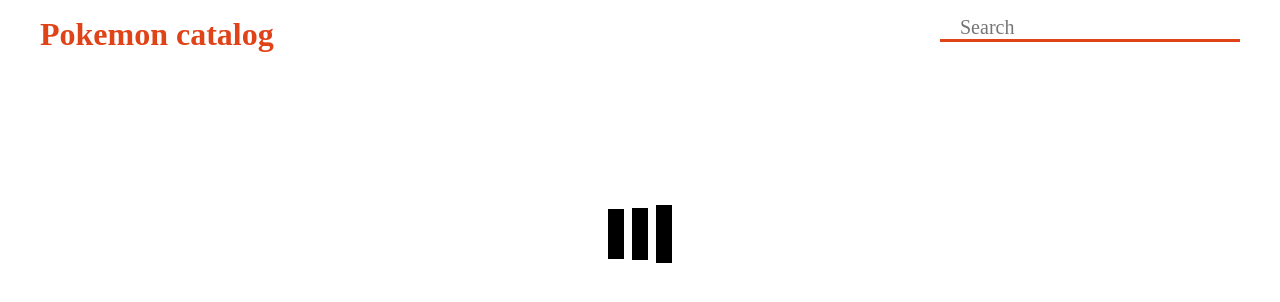
Repository: Ryszard-Penkala/pokemon-API
Page: index.html
An editor plug-in stored every save of this project. The page is shown before and after the next save, followed by the edit.
The browser window is 1280 px wide. The pictures show the whole page.
The page's requests for data from a server got no answer.

Above is the page before, as saved 2020-06-29 06:29:53.

### index.html
<!DOCTYPE html>
<html lang="en">
<head>
    <meta charset="UTF-8">
    <meta name="viewport" content="width=device-width, initial-scale=1.0">
    <link href="https://fonts.googleapis.com/css2?family=Lato:wght@400;700&amp;display=swap" rel="stylesheet">
    <link rel="stylesheet" href="assets/styles/styles.css">
    <title>Pokemon API</title>
</head>
<body>
    <main class="pokemon-app">
        <header class="header-main pokemon-app__header">
            <div class="header-main__catalog">
                <h1 class="header-main__heading">Pokemon catalog</h1>
            </div>
            <div class="header-main__search-bar">
                <input class="header-main__searching header-main__searching--active" type="text" name="search" id="search" placeholder="Search" autocomplete="off">
                <label for="search" class="header-main__search-label">Search</label>
            </div>
        </header>
        <section class="section-main pokemon-app__section" data-content>
            <p class="section-main__info hidden" data-info>There are no results</p>

        </section>
        <footer class="footer-main pokemon-app__footer">
            <div class="footer-main__load-bar">
                <button class="footer-main__load-button" data-load-button>Load more</button>
                <div class="footer-main__loader hidden" data-loader><div></div><div></div><div></div></div>
            </div>

        </footer>
    </main>


    <script src="assets/js/script.js"></script>
    <script>
        const Catalog = new pokemonAPICatalog();
        Catalog.init();
    </script>
</body>
</html>

### assets/styles/styles.css
:root{
  --primary-color: #e14318;
  --primary-color-light: #fdce10;
  --secondary-color: #ee8328;
  --secondary-color-light: #eedd7a;
  --tertiary-color: #207394;
}

*, *::before, *::after{
    margin: 0;
    padding: 0;
    box-sizing: border-box;
}
.body{
    display: flex;
    font-family: "Lato", sans-serif;
}

.pokemon-app{
    max-width: 1200px;
    margin: 0 auto;
}

.pokemon-app__section{
  padding-top: 20px;
}

.header-main{
    display: flex;
    justify-content: space-between;
    padding: 1rem 0;
}

.header-main__catalog{
    display: inline-block;
    color: var(--primary-color);
}

.header-main__search-bar{
    display: flex;
    flex-direction: column;
}

.header-main__searching{
  border: none;
  width: 300px;
  font-size: 20px;
  border-bottom: 3px solid var(--primary-color);
  font-family: inherit;

}

.header-main__searching::placeholder{
  color: var(--primary-color-light));
  padding-left: 20px;
}

.header-main__searching:focus{
  outline: none;
  border-bottom: 3px solid var(--primary-color-light);
}

.header-main__search-label{
  padding-left: 20px;
  margin-top: 5px;
  font-size: 20px;
  width: 300px;
  transition: opacity 0.5s, visibility 0.5s, transform 0.5s;
  color: var(--tertiary-color);
}

.header-main__searching:placeholder-shown + .header-main__search-label{
  opacity: 0;
  visibility: hidden;
  transform: translateY(-40px);
}

.section-main{
    display: grid;
    grid-gap: 25px;
    grid-template-columns: repeat(auto-fit, minmax(250px, 1fr));
}

.section-main__info{
  margin: auto;
  font-size: 26px;
  color: var(--secondary-color);
}
.section-main__card{
    width: 250px;
    margin: 0 auto;
}
.card__header{
    display: flex;
    justify-content: space-between;
    line-height: 24px;
}

.card__name{
    font-size: 24px;
}

.card__image{
    width: 250px;
}

.card--bold{
    font-weight: 700;
}

.footer-main__load-button{
  display: block;
  margin: 5rem auto;
  height: 5rem;
  width: 20rem;
  font-size: 24px;
  border: 5px solid var(--primary-color);
  background-color: var(--secondary-color-light);
  cursor: pointer;
  color: var(--tertiary-color)
}

.footer-main__load-button:hover{
  color: var(--secondary-color-light);
  background-color: var(--primary-color);
  border: 5px solid var(--primary-color);
}

.footer-main__loader {
    display: block;
    position: relative;
    width: 80px;
    height: 5rem;
    margin: 5rem auto;
  }
  .footer-main__loader div {
    display: inline-block;
    position: absolute;
    left: 8px;
    width: 16px;
    background: #000;
    animation: footer-main__loader 1.2s cubic-bezier(0, 0.5, 0.5, 1) infinite;
  }
  .footer-main__loader div:nth-child(1) {
    left: 8px;
    animation-delay: -0.24s;
  }
  .footer-main__loader div:nth-child(2) {
    left: 32px;
    animation-delay: -0.12s;
  }
  .footer-main__loader div:nth-child(3) {
    left: 56px;
    animation-delay: 0;
  }
  @keyframes footer-main__loader {
    0% {
      top: 8px;
      height: 5rem;
    }
    50%, 100% {
      top: 24px;
      height: 3rem;
    }
  }

.hidden{
    display: none;
    background-color: green;
  }

### assets/js/script.js
class pokemonAPICatalog {
    constructor() {
        this.catalog = null;
        this.cards = [];
        this.newCards = [];
        this.page = 1;

        this.content = null;
        this.loadButton = null;
        this.loader = null;
        this.search = null;
        this.card = null;
        this.info = null;

        this.API = "https://api.pokemontcg.io";
        this.API_VERSION= "v1";
        this.API_RESOURCE = "cards?pageSize=4&page=2";
        this.API_PAGE_SIZE = "pageSize=4"
        this.API_PAGE = "page="

        this.API_ENDPOINT = `${this.API}/${this.API_VERSION}/${this.API_RESOURCE}?${this.API_PAGE_SIZE}&${this.API_PAGE}${this.page}`;

        this.UiSelectors = {
            content : `[data-content]`,
            loadButton : `[data-load-button]`,
            loader : `[data-loader]`,
            search : `search`,
            card : `[data-card]`,
            info : `[data-info]`,
        }
    }
    init(){
        this.catalog = document.querySelector(this.UiSelectors.content);
        this.loadButton = document.querySelector(this.UiSelectors.loadButton);
        this.loader = document.querySelector(this.UiSelectors.loader);
        this.search = document.getElementById(this.UiSelectors.search);
        this.info = document.querySelector(this.UiSelectors.info);
        this.pullCards(this.API_ENDPOINT);
        this.loadButton.addEventListener("click",()=>{
            this.updateAPI_ENDPOINT();
            this.pullCards(this.API_ENDPOINT);
        });
        this.search.addEventListener("keyup", () => this.searchCards());
    }

    updateAPI_ENDPOINT(){
        this.page ++;
        this.API_ENDPOINT = `${this.API}/${this.API_VERSION}/${this.API_RESOURCE}?${this.API_PAGE_SIZE}&${this.API_PAGE}${this.page}`;
    }

    updateClassList(){
        this.loadButton.classList.toggle('hidden');
        this.loader.classList.toggle('hidden');
    }

    async pullCards(url){
        this.updateClassList();
        const { cards } = await this.fetchData(url)
        this.cards.push(...cards);
        this.newCards = [...cards];
        this.addCards(this.newCards);
        this.updateClassList();
    }


    async fetchData(url){
        const response = await fetch(url);
        const parsedResponse = await response.json();

        return parsedResponse;
    }

    addCards(cards){
        this.newCards.map(card => {
            this.catalog.insertAdjacentHTML("beforeend", this.drawCard(card))
        });
    }

    drawCard(card){
        return(
            `<span class="section-main__card" id=${card.id} data-card>
                <header class="card__header">
                    <span class="card__name card--bold">${card.name}</span>
                    <span class="card__id">Nr: ${card.number}</span>
                </header>
                <img src=${card.imageUrl} class="card__image">
                <footer class="card_footer">
                    <div class="card__supertype">
                        <span class="card__supertype card--bold">Supertype : </span>
                        ${card.supertype}
                    </div>
                    <div class="card__subtype ${card.subtype ? '' : ` hidden`}">
                        <span class="card__subtype card--bold">Subtype : </span>
                        ${card.subtype}
                    </div>
                    <div class="card__rarity" ${card.rarity ? '' : ' hidden'}>
                        <span class="card__rarity card--bold">Rarity : </span>
                        ${card.rarity}
                    </div>
                </footer>
            </span>`
        )
    }

    searchCards(){
        const searchValue = this.search.value.toLowerCase();

        searchValue.length
        ? this.loadButton.classList.add(`hidden`)
        : this.loadButton.classList.remove(`hidden`);

        document.querySelectorAll(this.UiSelectors.card).forEach((el) => {
            return el.classList.remove('hidden');
        });

        const filteredCards = this.cards.filter(
            ({ name }) => !name.toLowerCase().includes(searchValue),
        );

        filteredCards.length === this.cards.length
        ? this.info.classList.remove(`hidden`)
        : this.info.classList.add(`hidden`);

        filteredCards.forEach(({ id }) => {
            document.getElementById(id).classList.add(`hidden`)
        });
    }
}

After the next save:
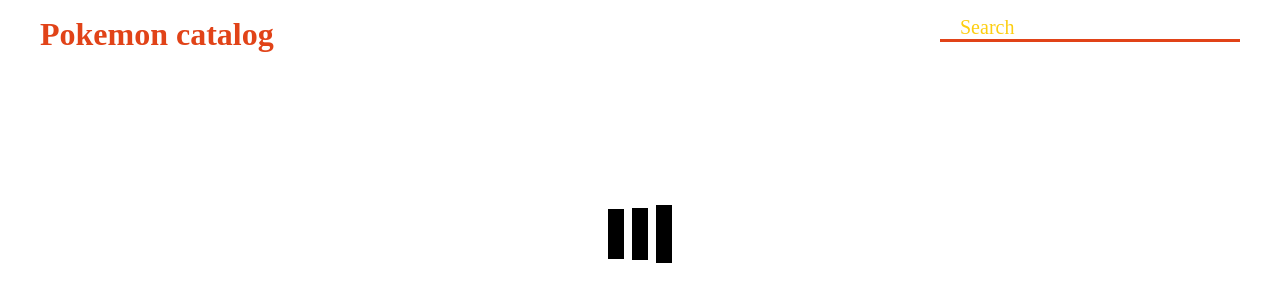
Saved 8 s later.
--- a/assets/styles/styles.css
+++ b/assets/styles/styles.css
@@ -51,7 +51,7 @@
 }
 
 .header-main__searching::placeholder{
-  color: var(--primary-color-light));
+  color: var(--primary-color-light);
   padding-left: 20px;
 }
 
